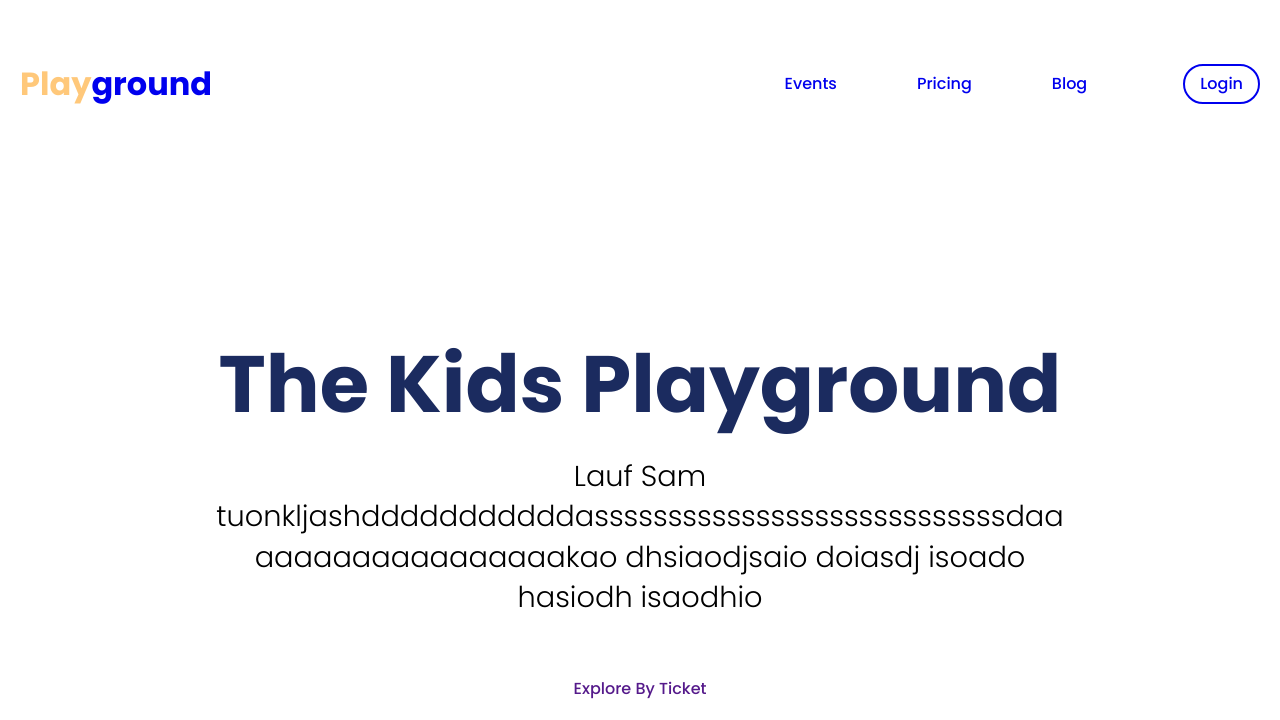
Repository: lausamtuong/Cut-psd-to-html
Page: index.html
These files come from the project's save history. The page is drawn as it stood at one moment and after a run of saves; the edit follows.
The browser window is 1280 px wide. The pictures show the whole page.
The style sheet was rebuilt from its Sass, Less or Tailwind sources for each picture, by a compiler version that may differ from the author's.

Above is the page before, as saved 2021-12-06 16:00:38.

### index.html
<!DOCTYPE html>
<html lang="en">
<head>
    <meta charset="UTF-8">
    <meta http-equiv="X-UA-Compatible" content="IE=edge">
    <meta name="viewport" content="width=device-width, initial-scale=1.0">

    <title>Document</title>
    <link rel="stylesheet" href="style.css">
    <link rel="stylesheet" href="reset.css">
    <link href="https://fonts.googleapis.com/css2?family=Lato:ital,wght@1,700;1,900&family=Poppins:wght@300;500;700&display=swap" rel="stylesheet">

</head>
<body>
    <div class="wrapper">
        <header class="header">
            <div class="container header__iner">
                <a href="index.html" class="logo">
                    <span class="logo__text">Play</span>ground
                </a>
                <nav class="header__menu">
                    <ul class="header__menu-list">
                        <li class="header__menu-item">
                            <a href="#" class="header__menu-link">Events</a>
                        </li>
                        <li class="header__menu-item">
                            <a href="#" class="header__menu-link">Pricing</a>
                        </li>
                        <li class="header__menu-item">
                            <a href="#" class="header__menu-link">Blog</a>
                        </li>
                        <li class="header__menu-item">
                            <a href="#" class="header__menu-link header__menu-login">Login</a>
                        </li>
                    </ul>
                </nav>
            </div>
        </header>
        <section class="banner">
            <div class="container">
                <h1 class="banner__headding">
                    The Kids Playground
                </h1>
                <p class="banner__decs">Lauf Sam tuonkljashdddddddddddassssssssssssssssssssssssssssdaaaaaaaaaaaaaaaaaakao dhsiaodjsaio doiasdj isoado hasiodh isaodhio</p>
                <div class="banner__buttons">
                    <a href="" class="btn btn--rounded">Explore</a>
                    <a href="" class="btn btn--rounded btn--primari">By Ticket</a>
                </div>
            </div>
        </section>
    </div>
</body>
</html>

### reset.css
/* http://meyerweb.com/eric/tools/css/reset/
   v2.0 | 20110126
   License: none (public domain)
*/

html, body, div, span, applet, object, iframe,
h1, h2, h3, h4, h5, h6, p, blockquote, pre,
a, abbr, acronym, address, big, cite, code,
del, dfn, em, img, ins, kbd, q, s, samp,
small, strike, strong, sub, sup, tt, var,
b, u, i, center,
dl, dt, dd, ol, ul, li,
fieldset, form, label, legend,
table, caption, tbody, tfoot, thead, tr, th, td,
article, aside, canvas, details, embed,
figure, figcaption, footer, header, hgroup,
menu, nav, output, ruby, section, summary,
time, mark, audio, video {
	margin: 0;
	padding: 0;
	border: 0;
	font-size: 100%;
	font: inherit;
	vertical-align: baseline;
    font-family: "Poppins",sans-serif;
}
/* HTML5 display-role reset for older browsers */
article, aside, details, figcaption, figure,
footer, header, hgroup, menu, nav, section {
	display: block;
}
body {
	line-height: 1;
}
ol, ul {
	list-style: none;
}
blockquote, q {
	quotes: none;
}
blockquote:before, blockquote:after,
q:before, q:after {
	content: '';
	content: none;
}
table {
	border-collapse: collapse;
	border-spacing: 0;
}

### style.scss
$primary-color:#ffc87a;
$text-color:#1b2b5f;
a{
    text-decoration: none;
}
.container{
    padding: 0 20px;
    max-width: 1500px;

    margin: 0 auto;

}
.header{
    padding-top: 4rem;
    &__iner{
        display: flex;
        justify-content:space-between;
        align-items: center;

    }
    &__menu{
        &-list{
        display: flex;
        align-items: center;
        }
        &-item{
            margin-left: 5rem;
            &:last-child{
                margin-left: 6rem;
            }
        }
        &-link{
            font-size: 16px;
            &:hover{
                color:$primary-color;
                transition:  0.3s linear;
            }
        }
        &-login{
            padding: 10px 15px;
            display:inline-block;
            border:2px solid;
            border-radius: 100rem;
        }
    }
}
.logo{
font-size: 2rem;
font-weight: 600;
&:focus{
    color: $text-color;
}
&__text{
    color:$primary-color
}
}
.banner{
    padding-top:15rem;
    max-width: 900px;
    margin: 0 auto;
    text-align: center;
    &__headding{
        font-size: 5rem;
        color:$text-color;
        font-weight: 900;
        margin-bottom: 2rem;

    }
    &__decs{
        font-size: 1.8rem;
        font-weight: 300;
        line-height: 1.4;
        word-break: break-word;
        margin-bottom: 4rem;
    }
}
.btn{
    outline: none;
}

After the next 15 saves:
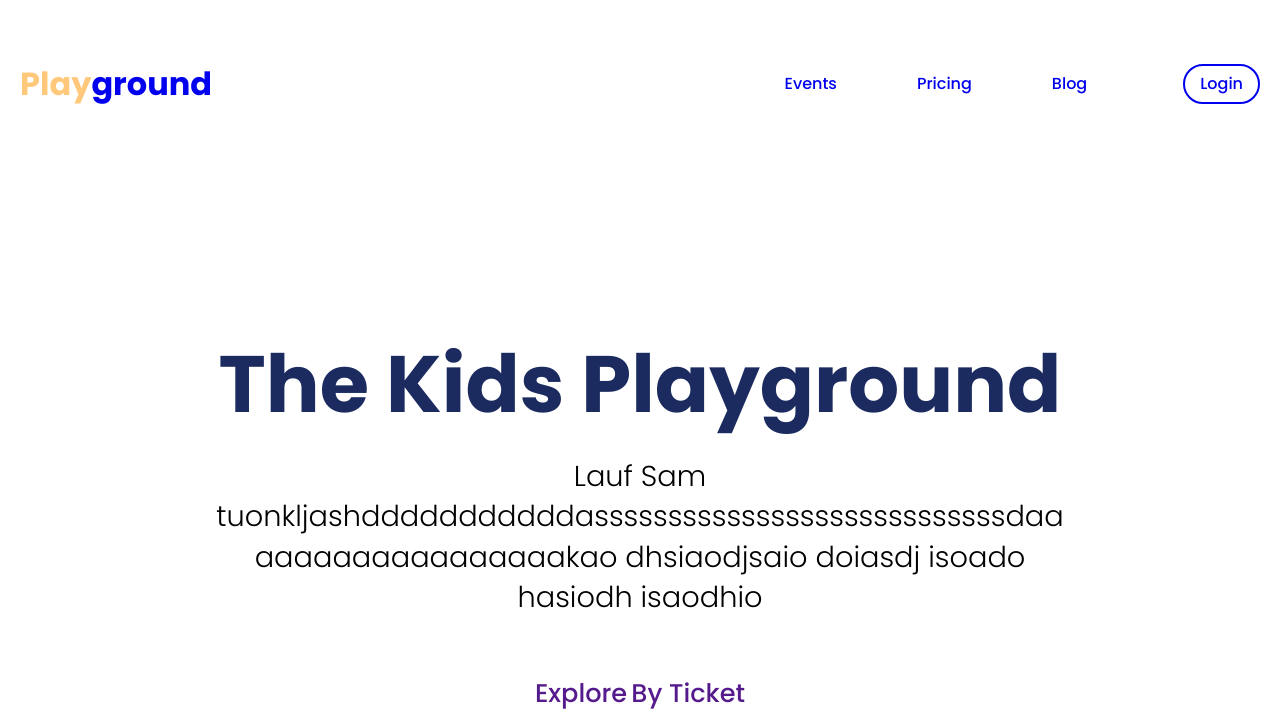
The 15 saves are shown as one change because 1 did not build or start and some came seconds apart.
The last was saved 42 s later.
--- a/style.scss
+++ b/style.scss
@@ -76,4 +76,8 @@
 }
 .btn{
     outline: none;
+    font-size:1.6rem;
+    text-align:center;
+    color:&$text-color;
+
 }
